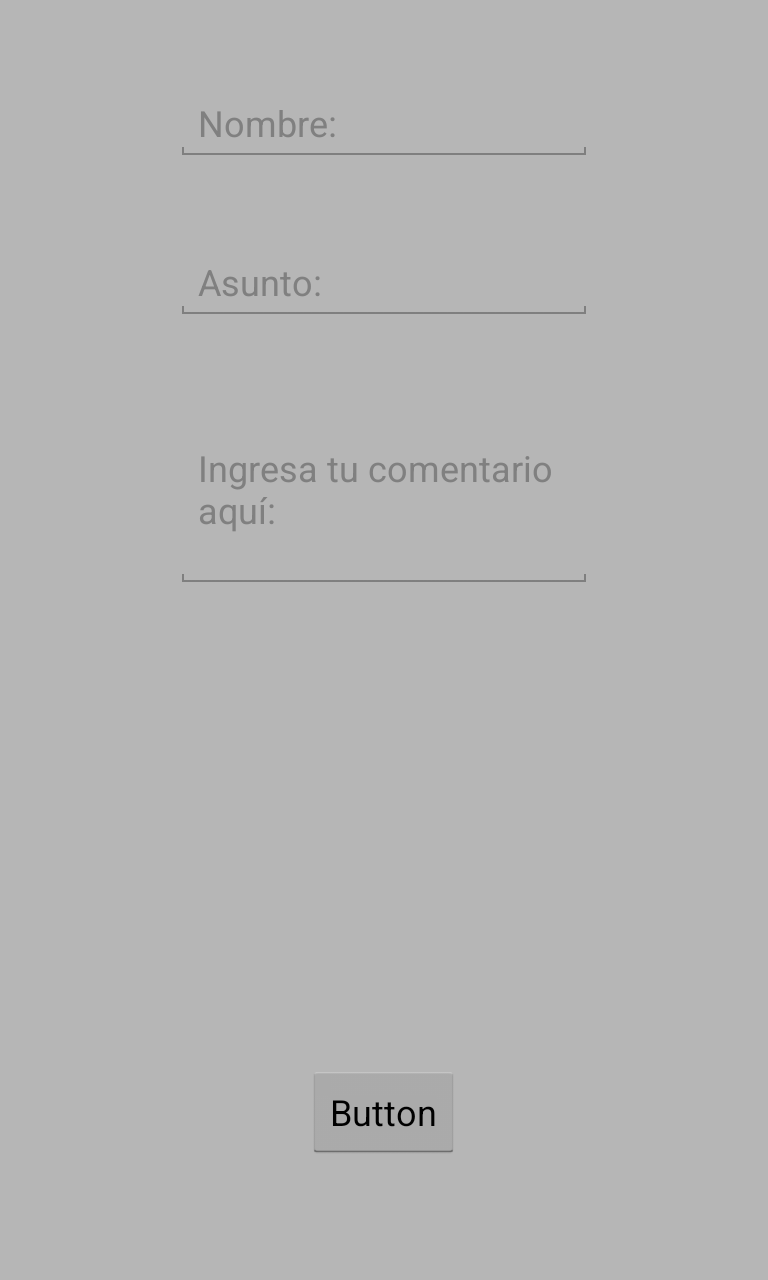
Repository: armandobs94/Dental.App
Layout: AplicacionMovil/DentalApp/Dental.App/res/layout/contacto_main.xml
An editor plug-in stored every save of this project. The layout is shown before and after the next save, followed by the edit.
It is drawn on a 768 x 1280 px phone screen (xhdpi) without system bars, with theme AppTheme; the app's code is not run.

Above is the layout before, as saved 2015-06-11 00:02:22.

### AplicacionMovil/DentalApp/Dental.App/res/layout/contacto_main.xml
<?xml version="1.0" encoding="utf-8"?>
<RelativeLayout xmlns:android="http://schemas.android.com/apk/res/android"
    android:layout_width="match_parent"
    android:layout_height="match_parent"
    android:background="#B6B6B6"
    android:orientation="vertical" >

    <EditText
        android:id="@+id/editText1"
        android:layout_width="wrap_content"
        android:layout_height="wrap_content"
        android:layout_alignParentTop="true"
        android:layout_centerHorizontal="true"
        android:layout_marginTop="42dp"
        android:hint="@string/campoNombre"
        android:ems="10"
        />

    <EditText
        android:id="@+id/editText2"
        android:layout_width="wrap_content"
        android:layout_height="wrap_content"
        android:layout_alignLeft="@+id/editText1"
        android:layout_below="@+id/editText1"
        android:layout_marginTop="40dp"
        android:hint="@string/campoAsunto"
        android:ems="10" />

    <EditText
        android:id="@+id/editText3"
        android:layout_width="wrap_content"
        android:layout_height="wrap_content"
        android:layout_alignLeft="@+id/editText2"
        android:layout_alignRight="@+id/editText2"
        android:layout_below="@+id/editText2"
        android:layout_marginTop="34dp"
        android:height="100dp"
        android:hint="@string/campoComentario"
        android:inputType="textMultiLine"
        android:width="120dp" >
    </EditText>

    <Button
        android:id="@+id/button1"
        android:layout_width="wrap_content"
        android:layout_height="wrap_content"
        android:layout_alignParentBottom="true"
        android:layout_centerHorizontal="true"
        android:layout_marginBottom="60dp"
        android:text="@string/Entrar"
        android:text="Button" />

</RelativeLayout>

### AplicacionMovil/DentalApp/Dental.App/res/values/strings.xml
<?xml version="1.0" encoding="utf-8"?>
<resources>

    <string name="app_name">Dental.App</string>
    <string name="action_settings">Settings</string>
    <string name="hello_world">Hello world!</string>
    <string name="Usuario">Usuario:</string>
    <string name="Contra">Contraseña:</string>
    <string name="Entrar">Entrar</string>
    <string name="campoNombre">Nombre:</string>
    <string name="campoAsunto">Asunto:</string>
    <string name="campoComentario">Ingresa tu comentario aquí:</string>

</resources>

Loaded but not shown: AplicacionMovil/DentalApp/Dental.App/res/values/styles.xml (common file); AplicacionMovil/DentalApp/Dental.App/res/values-v11/styles.xml (common file); AplicacionMovil/DentalApp/Dental.App/res/values-v14/styles.xml (common file)

After the next save:
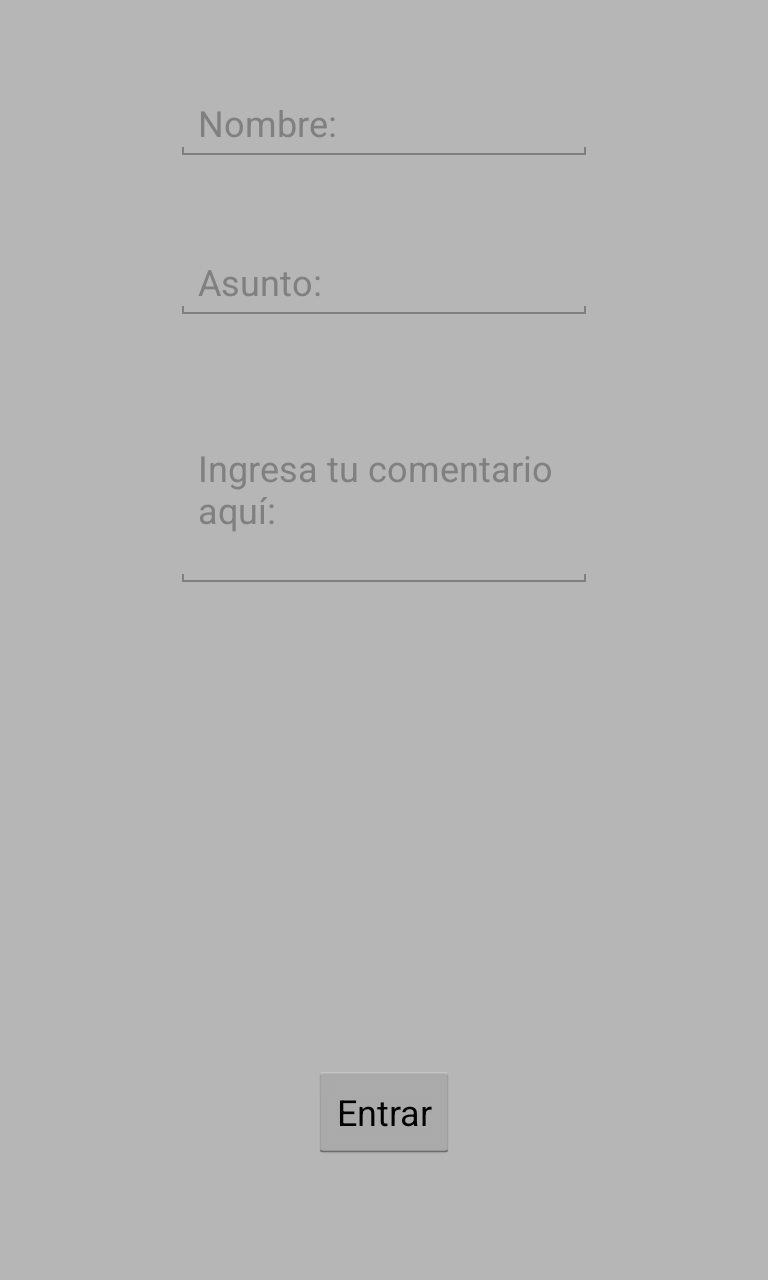
Saved 6 s later.
--- a/AplicacionMovil/DentalApp/Dental.App/res/layout/contacto_main.xml
+++ b/AplicacionMovil/DentalApp/Dental.App/res/layout/contacto_main.xml
@@ -48,6 +48,6 @@
         android:layout_centerHorizontal="true"
         android:layout_marginBottom="60dp"
         android:text="@string/Entrar"
-        android:text="Button" />
+        />
 
 </RelativeLayout>
